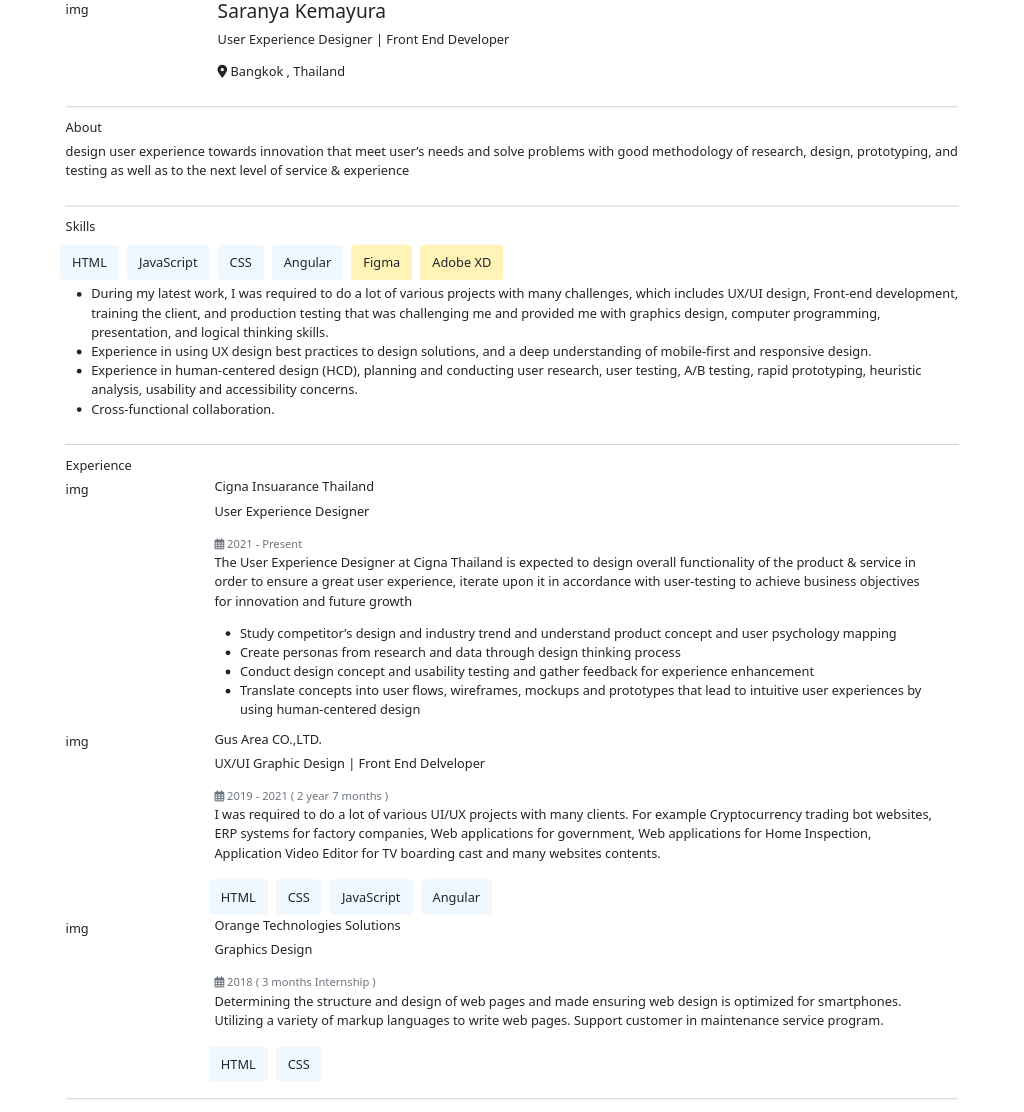
Repository: 0910th/portfolio
Page: index.html
The author's editor kept a copy of each file at every save. The page is drawn from the files as they stood at one save, then again after the next save.
The browser window is 1280 px wide. The pictures show the whole page, at 80% of full size.

Above is the page before, as saved 2022-12-12 12:40:47.

### index.html
<!doctype html>
<html lang="en">

<head>
    <meta charset="utf-8">
    <meta name="viewport" content="width=device-width, initial-scale=1">
    <title>Saranya Portfolio</title>

    <link href="./css/bootstrap.min.css" rel="stylesheet" crossorigin="anonymous">
    <link href="./css/mystyle.css" rel="stylesheet" crossorigin="anonymous">
    <!--font awesome -->
    <link rel="stylesheet" href="./fontawesome/css/all.css" type="text/css">
    <link rel="stylesheet" href="./fontawesome/css/fontawesome.css">
    <link rel="stylesheet" href="./fontawesome/css/brands.css">
    <link rel="stylesheet" href="./fontawesome/css/solid.css">
</head>

<body>

    <div class="container-md">
        <!-- Content here -->
        <!-- section01 Name  -->
        <div class="row justify-content-start">
            <div class="col-2 text-right">
                img
            </div>
            <div class="col-10">
                <h4>Saranya Kemayura</h4>
                <p>User Experience Designer | Front End Developer</p>
                <p><i class="fa-solid fa-location-dot"></i> Bangkok , Thailand </p>
            </div>

        </div>
        <hr>
        <div class="row">

            <h6>About</h6>
            <p>design user experience towards innovation that meet user’s needs and solve problems with good methodology of
                research,
                design, prototyping, and testing as well as to the next level of service & experience</p>
        </div>
        <hr>
        <div class="row">
            <h6>Skills</h6>
            <div class="badge-text code">HTML</div>
            <div class="badge-text code">JavaScript</div>
            <div class="badge-text code">CSS</div>
            <div class="badge-text code">Angular</div>
            <div class="badge-text design">Figma</div>
            <div class="badge-text design">Adobe XD</div>
            <div class="text-list">
                <ul>
                    <li> During my latest work, I was required to do a lot of various projects with many challenges, which includes UX/UI design,
                    Front-end development, training the client, and production testing that was challenging me and provided me with graphics
                    design, computer programming, presentation, and logical thinking skills.</li>
                    <li> Experience in using UX design best practices to design solutions, and a deep understanding of mobile-first and
                    responsive design.</li>
                    <li> Experience in human-centered design (HCD), planning and conducting user research, user testing, A/B testing, rapid
                    prototyping, heuristic analysis, usability and accessibility concerns.</li>
                    <li> Cross-functional collaboration.</li>
                </ul>
            </div>
        </div>
        <hr>
        <div class="row">

            <h6>Experience</h6>
            <div class="row">
                <div class="col-2 ">
                    img
                </div>
                <div class="col-10">
                    <h6> Cigna Insuarance Thailand </h6>
                    <p> User Experience Designer </p>
                    <small class="text-muted"> <i class="fa-regular fa-calendar-days"></i> 2021 - Present </small>

                    <p > The User Experience Designer at Cigna Thailand is expected to design overall functionality of the product & service in
                    order to ensure a great user experience, iterate upon it in accordance with user-testing to achieve business objectives
                    for innovation and future growth </p>
                        <ul>
                            <li>Study competitor’s design and industry trend and understand product concept and user psychology mapping</li>
                            <li>Create personas from research and data through design thinking process</li>
                            <li>Conduct design concept and usability testing and gather feedback for experience enhancement</li>
                            <li>Translate concepts into user flows, wireframes, mockups and prototypes that lead to intuitive user experiences by
                            using human-centered design</li>
                        </ul>
                </div>

            </div>
            <div class="row">
                <div class="col-2 ">
                    img
                </div>
                <div class="col-10">
                    <h6> Gus Area CO.,LTD.   </h6>
                    <p> UX/UI Graphic Design | Front End Delveloper </p>
                    <small class="text-muted"> <i class="fa-regular fa-calendar-days"></i> 2019 - 2021 ( 2 year 7 months ) </small>

                    <p> I was required to do a lot of various UI/UX projects with many clients. For example Cryptocurrency trading bot websites,
                    ERP systems for factory companies, Web applications for government, Web applications for Home Inspection, Application
                    Video Editor for TV boarding cast and many websites contents.  </p>
                    <div class="row">
                        <div class="badge-text code">HTML</div>
                        <div class="badge-text code">CSS</div>
                        <div class="badge-text code">JavaScript</div>
                        <div class="badge-text code">Angular</div>
                    </div>


                </div>

            </div>
            <div class="row">
                <div class="col-2 ">
                    img
                </div>
                <div class="col-10">
                    <h6> Orange Technologies Solutions  </h6>
                    <p> Graphics Design </p>
                    <small class="text-muted"> <i class="fa-regular fa-calendar-days"></i> 2018 ( 3 months Internship ) </small>

                    <p> Determining the structure and design of web pages and made
                        ensuring web design is optimized for smartphones. Utilizing a variety of
                        markup languages to write web pages. Support customer in maintenance
                        service program. </p>
                    <div class="row">
                        <div class="row">
                            <div class="badge-text code">HTML</div>
                            <div class="badge-text code">CSS</div>

                        </div>
                    </div>
                </div>

            </div>
        </div>
        <hr>

    </div>




    <!-- script -->
    <script src="https://cdn.jsdelivr.net/npm/@popperjs/core@2.11.6/dist/umd/popper.min.js"
        integrity="sha384-oBqDVmMz9ATKxIep9tiCxS/Z9fNfEXiDAYTujMAeBAsjFuCZSmKbSSUnQlmh/jp3"
        crossorigin="anonymous"></script>
    <script src="https://cdn.jsdelivr.net/npm/bootstrap@5.2.3/dist/js/bootstrap.min.js"
        integrity="sha384-cuYeSxntonz0PPNlHhBs68uyIAVpIIOZZ5JqeqvYYIcEL727kskC66kF92t6Xl2V"
        crossorigin="anonymous"></script>
</body>

</html>

### css/mystyle.css
.badge-text {
    padding: 10px 15px;
    margin: 5px 5px;
    border-radius: 5px;
    width: max-content;

}
.badge-text.code {
    background-color: #f0f8ff;
}
.badge-text.design {
    background-color: #fff3b7;
}
.text-list ul li {
    /* list-style: none; */
}

Loaded but not shown: css/bootstrap.min.css (library); fontawesome/css/all.css (library); fontawesome/css/fontawesome.css (library); fontawesome/css/solid.css (common file); fontawesome/css/brands.css (1432 lines, source omitted)

After the next save:
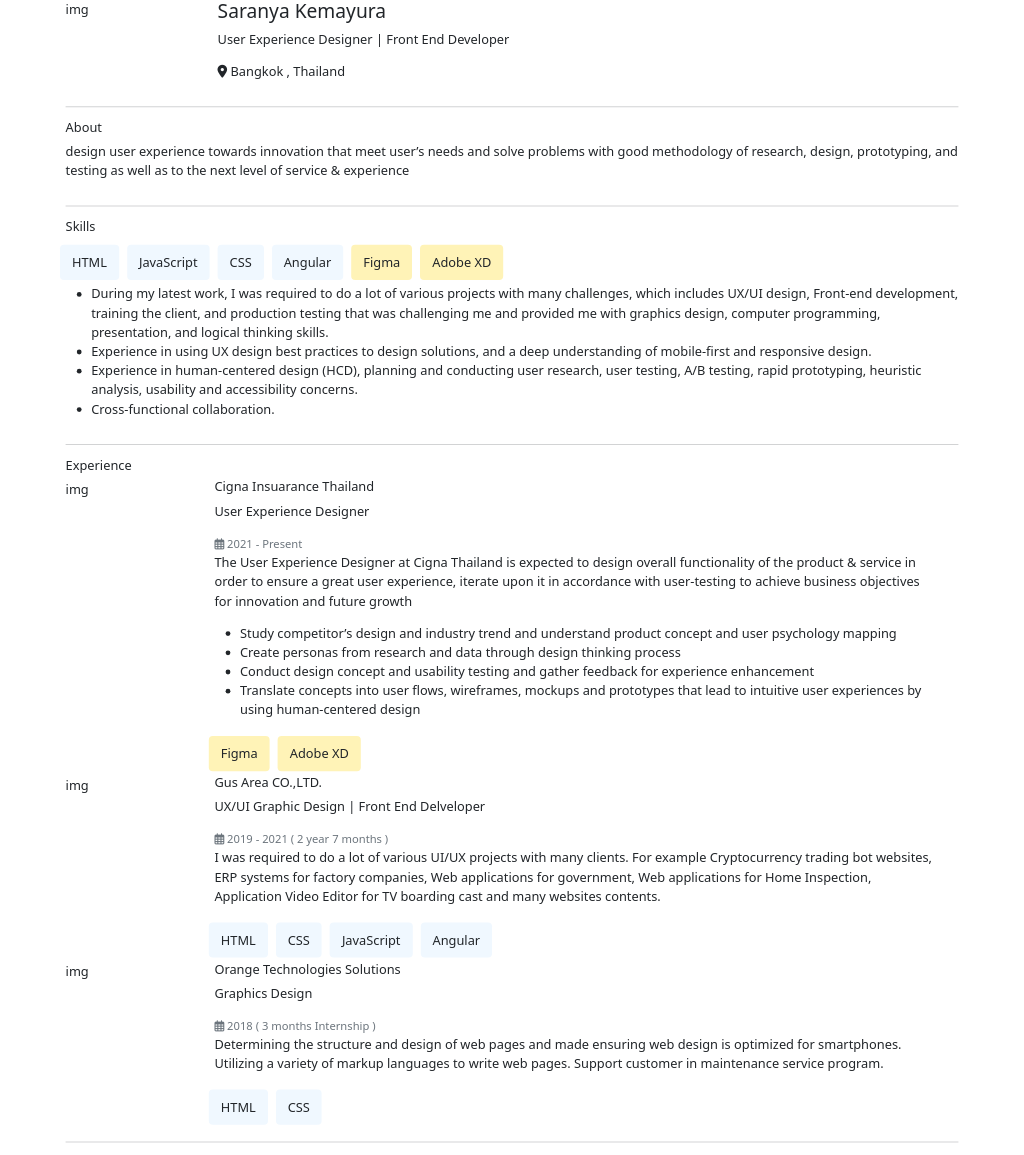
Saved 51 s later.
--- a/index.html
+++ b/index.html
@@ -84,6 +84,11 @@
                             <li>Translate concepts into user flows, wireframes, mockups and prototypes that lead to intuitive user experiences by
                             using human-centered design</li>
                         </ul>
+                        <div class="row">
+                            <div class="badge-text design">Figma</div>
+                            <div class="badge-text design">Adobe XD</div>
+
+                        </div>
                 </div>
 
             </div>
